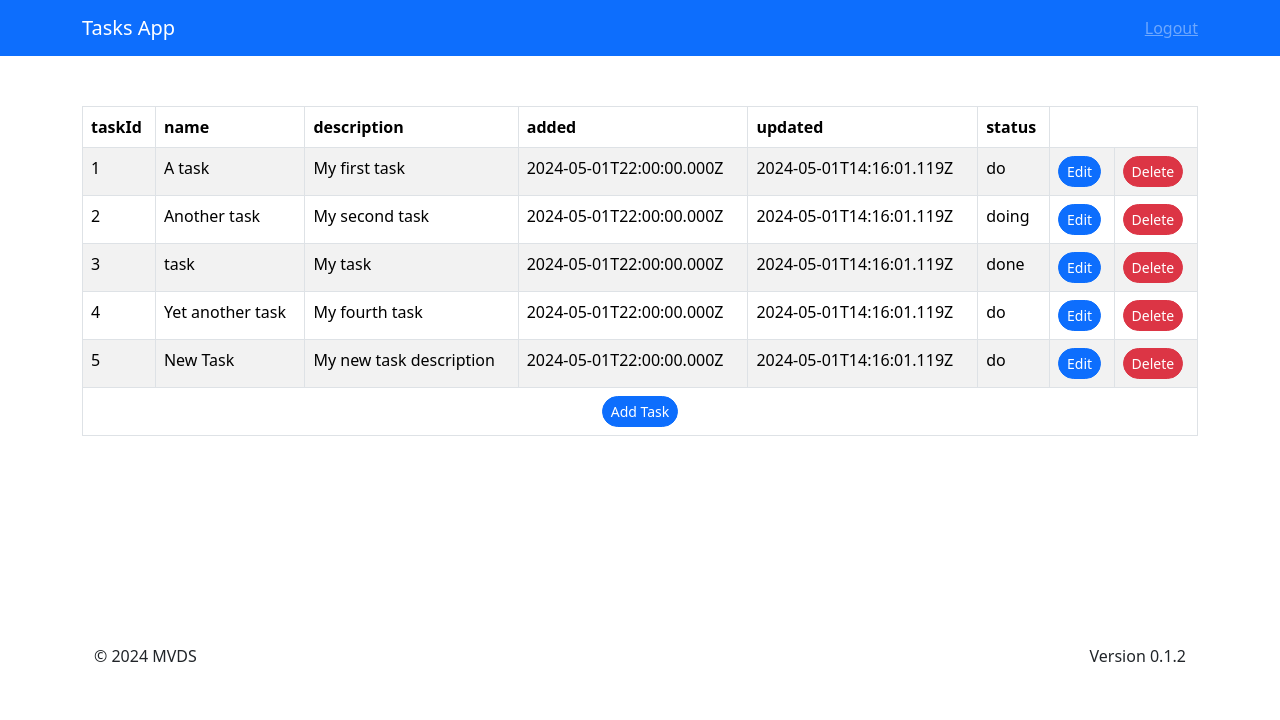
Repository: trider/react-task-manager
Page: /#/tasks
An editor plug-in stored every save of this project. The page is shown before and after the next save, followed by the edit.
The browser window is 1280 px wide. The pictures show the whole page.
The project was rebuilt for these pictures with package versions that can differ from the ones it lists, and the page was loaded fresh each time. Also part of the build but not shown: src/App.css, src/data/_Users.js, src/pages/Login.js.

Above is the page before, as saved 2024-05-07 17:58:59.

### src/App.js
// import logo from './logo.svg';
import './App.css';
import 'bootstrap/dist/css/bootstrap.min.css';
// import { BrowserRouter, Routes, Route } from "react-router-dom";
import {HashRouter as Router, Routes, Route} from "react-router-dom";
import LoginForm from "./pages/Login";
import TaskList from "./pages/Task";

// const path = process.env.REACT_APP_FOR_PATH;

function App() {
  return (
    <div>
      <Router baseline="/">
        <Routes>
          <Route index element={<LoginForm />} />
            <Route path="login" element={<LoginForm />} />
            <Route path="tasks" element={<TaskList />} />
        </Routes>
      </Router>
    </div>
  );
}

export default App;

### src/pages/Task.js
import * as React from 'react';

import { useState } from 'react';

import Table from 'react-bootstrap/Table';
import Container from 'react-bootstrap/Container';
import Button from 'react-bootstrap/Button';
import Form from 'react-bootstrap/Form';

import NavbarComponent from '../components/Navigation';
import Footer from '../components/Footer';

import userTasks from '../data/_Tasks';
import tableCols from '../data/_Cols';




const TaskTable = () => {

  const [tasks, setTasks] = useState(userTasks);
  const [taskName, setTaskName] = useState("A Task");
  const [taskDescription, setTaskDescription] = useState("Task Description");
  const [dateAdded, setDateAdded] = useState(new Date().toISOString());
  const [dateUpdated, setDateUpdated] = useState(new Date().toISOString());
  const [taskStatus, setTaskStatus] = useState("do");
  const [isAdd, setIsAdd] = useState(false);


  const addTask = (task) => {
    setDateAdded(new Date().toISOString());
    setDateUpdated(new Date().toISOString());
    setTaskStatus('do');
    setIsAdd(false);
    setTasks([...tasks, { id: tasks.length + 1, ...task }]);
  }

  const editTask = (task) => {

    setIsAdd(false);
    setTasks(tasks.map((t) => {
      if (tasks.filter((t) => t.isEdit === true).length < 1) {
        if (t.taskId === task.taskId) t.isEdit = !t.isEdit;
      }

      return t
    }));


  }

  const getButton = (task) => {

    if (task.isEdit) {
      return <Button variant="primary rounded-pill" size='sm' onClick={(e) => updateTask(task)}>
        Update
      </Button>
    }
    else {
      return <Button variant="primary rounded-pill" size='sm' onClick={(e) => editTask(task)}>
        Edit
      </Button>
    }

  }

  const updateTask = (task) => {






    setTasks(tasks.map((t) => {
      setTaskName(t.name);
      setTaskDescription(t.description);
      if (t.taskId === task.taskId) {
        t.isEdit = !t.isEdit;
        t.name = taskName;
        t.description = taskDescription;
        t.updated = new Date().toISOString();
        t.status = taskStatus;
      }
      return t;
    }));
    setIsAdd(false);



  }

  const deleteTask = (task) => {
    setTasks(tasks.filter((t) => t.taskId !== task.taskId));
  }

  const getTask = (task, col) => {
    if (task.isEdit) {
      if (col === 'name') {
        return <Form.Control
          type="text"
          value={taskName}
          onChange={(e) => setTaskName(e.target.value)}
        />
      }
      else if (col === 'description') {
        return <Form.Control
          type="text"
          value={taskDescription}
          onChange={(e) => setTaskDescription(e.target.value)}
        />
      }
      else if (col === 'status') {
        return <Form.Control
          type="text"
          value={taskStatus}
          onChange={(e) => setTaskStatus(e.target.value)}
        />
      }
      else {
        return task[col]
      }


    }
    else {
      return task[col]
    }


  }



  const showTableBody = () => {

    if (isAdd) {

      return <tbody>

        <tr>
          <td>
            {tasks.length + 1}
          </td>
          <td>
            <Form.Control
              type="text"
              value={taskName}
              onChange={(e) => setTaskName(e.target.value)}
            />
          </td>
          <td>
            <Form.Control
              type="text"
              value={taskDescription}
              onChange={(e) => setTaskDescription(e.target.value)}

            />
          </td>
          <td>
            {dateAdded}
          </td>
          <td>
            {dateUpdated}
          </td>
          <td>
            do
          </td>

          <td colSpan='2'>
            <div className="d-grid gap-2 d-md-flex justify-content-md-center">

              <Button variant="primary rounded-pill" size='sm' onClick={(e) => addTask({
                name: taskName,
                description: taskDescription,
                user: 'jonnygold',
                status: 'do',
                taskId: tasks.length + 1,
                added: new Date().toISOString(),
                updated: new Date().toISOString(),
                isActive: true,
                isEdit: false
              })}>
                Add
              </Button>
            </div>
          </td>
        </tr>



      </tbody>



    }
    else {
      return <tbody>
        {tasks.map((task) => (
          <tr key={task.id}>
            {tableCols.map((col) => (
              <td key={col}>

                {getTask(task, col)}

              </td>
            ))}

            <td>
              {getButton(task)}
            </td>
            <td>
              <Button variant="danger rounded-pill" size='sm' onClick={(e) => deleteTask(task)}>
                Delete
              </Button>
            </td>
          </tr>
        ))}



        <tr>

          <td colSpan={tableCols.length + 2} style={{ backgroundColor: "white" }}>
            <div className="d-grid gap-2 d-md-flex justify-content-md-center">
              <Button variant="primary rounded-pill" size='sm' onClick={(e) => setIsAdd(!isAdd)}>
                Add Task
              </Button>
            </div>
          </td>
        </tr>
      </tbody>

    }


  }






  return (
    <div >
      <Table striped bordered hover size="lg">
        <thead>
          <tr>
            {tableCols.map((col) => (
              <th key={col}>{col}</th>
            ))}
            <th colSpan={"2"}></th>
          </tr>
        </thead>

        {showTableBody()}

      </Table>




    </div>
  );
}


const TaskList = () => {
  return (
    <div>

      <NavbarComponent />
      <Container style={{ marginTop: "50px" }}>

        <div style={{ marginTop: "50px" }}>
          <TaskTable />
        </div>

      </Container>
      <Container style={{paddingTop:'15%'}} >
        <Footer />
      </Container>

    </div>
  );
}

export default TaskList;

### src/components/Footer.js
import * as React from 'react';
import Container from 'react-bootstrap/Container';
import Row from 'react-bootstrap/Row';
import Col from 'react-bootstrap/Col';


const Footer = () => {
  return (
    <footer>
      <Container >
      <Row>
        <Col sm={8}>&copy; 2024 MVDS</Col>
        <Col style={{textAlign:"right"}}>Version 0.1.2</Col>
      </Row>
      </Container>
    </footer>
  );
}

export default Footer;

### src/components/Navigation.js
import * as React from 'react';
import Container from 'react-bootstrap/Container';
import Nav from 'react-bootstrap/Nav';
import Navbar from 'react-bootstrap/Navbar';
import {Link as ReactLink} from "react-router-dom";






const NavbarComponent = () => {
  return (
    <Navbar bg="primary" expand="lg" data-bs-theme="dark">
      <Container>
        <Navbar.Brand href="#home">Tasks App</Navbar.Brand>
        <Navbar.Toggle aria-controls="basic-navbar-nav" />
        <Navbar.Collapse id="basic-navbar-nav">
          <Nav className="me-auto" >
          </Nav>

          <div className='Nav'>
            <ReactLink to="/login">Logout</ReactLink>
          </div>
        </Navbar.Collapse>
      </Container>
    </Navbar>
  );
}



export default NavbarComponent;

### src/data/_Tasks.js
const userTasks= [
 {
   id: "6630ab326e723ac1ea6dce7a",
   description: "My first task",
   name: "A task",
   taskId: 1,
   user: "jonnygold",
   added: "2024-05-01T22:00:00.000Z",
   updated: "2024-05-01T14:16:01.119Z",
   status: "do",
   isActive: true,
   isEdit: false
 },
 {
   id: "6630fe5d6e723ac1ea6dce7e",
   description: "My second task",
   name: "Another task",
   taskId: 2,
   user: "jonnygold",
   added: "2024-05-01T22:00:00.000Z",
   updated:"2024-05-01T14:16:01.119Z",
   status: "doing",
   isActive: true,
   isEdit: false
 },
 {
   id: "6630fe826e723ac1ea6dce7f",
   description: "My task",
   name: "task",
   taskId: 3,
   user: "jonnygold",
   added: "2024-05-01T22:00:00.000Z",
   updated:"2024-05-01T14:16:01.119Z",
   status: "done",
   isActive: true,
   isEdit: false
 },
 {
   id: "6631f17cc4c9b7f5ab3c28c3",
   name: "Yet another task",
   description: "My fourth task",
   user: "jonnygold",
   taskId: 4,
   added: "2024-05-01T22:00:00.000Z",
   updated:"2024-05-01T14:16:01.119Z",
   isActive: true,
   status: "do",
   isEdit: false

 },
 {
   id: "66323f0d54b80929f84ebdd2",
   user: "jonnygold",
   name: "New Task",
   description: "My new task description",
   status: "do",
   taskId: 5,
   added: "2024-05-01T22:00:00.000Z",
   updated:"2024-05-01T14:16:01.119Z",
   isActive: true,
   isEdit: false
 }

]

export default userTasks

### src/data/_Cols.js
const tableCols = [
 'taskId',
 'name',
 'description',
 'added',
 'updated',
 'status',
];

export default tableCols

Loaded but not shown: public/index.html (common file); src/index.js (common file); src/index.css (common file); src/reportWebVitals.js (common file)

After the next save:
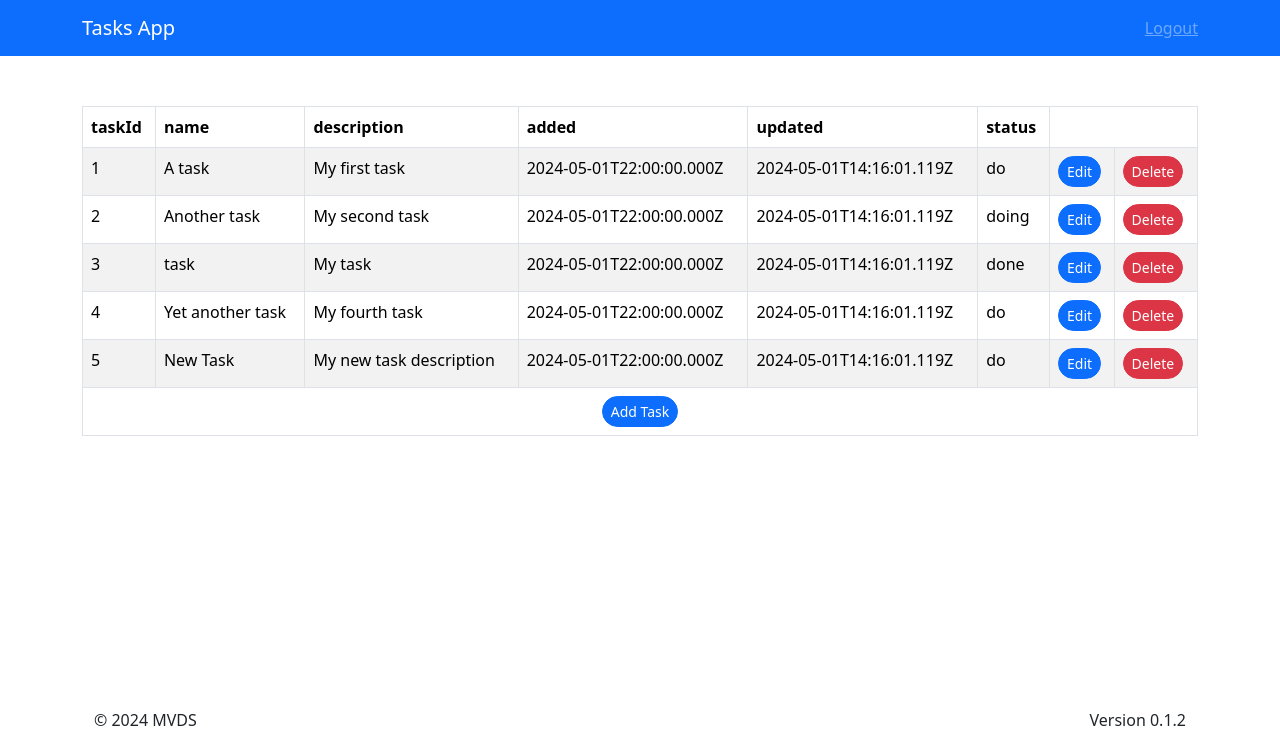
Saved 7 s later.
--- a/src/pages/Task.js
+++ b/src/pages/Task.js
@@ -276,7 +276,7 @@ const TaskList = () => {
         </div>
 
       </Container>
-      <Container style={{paddingTop:'15%'}} >
+      <Container style={{paddingTop:'20%'}} >
         <Footer />
       </Container>
 
